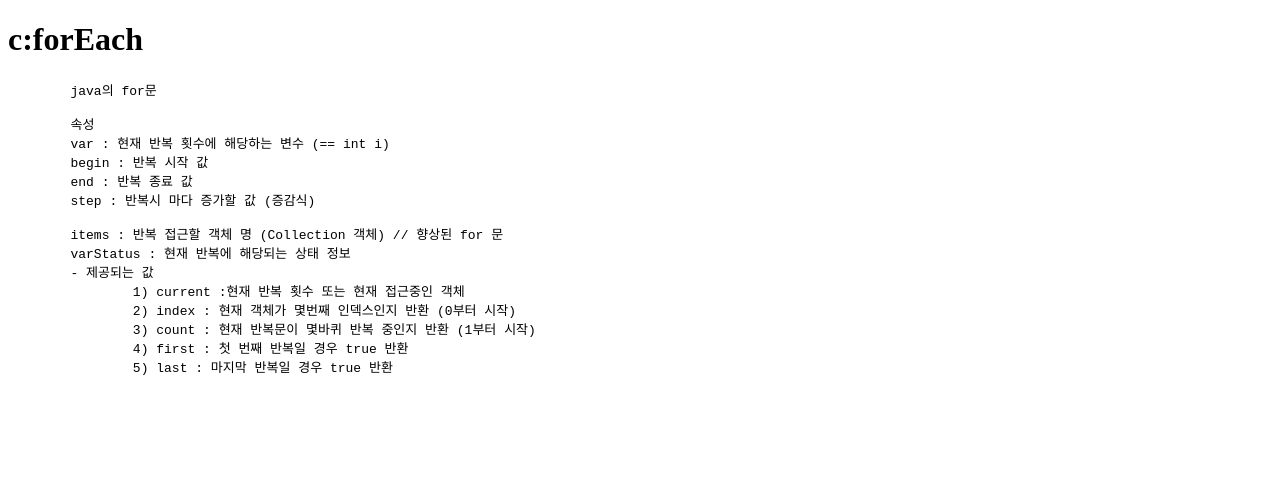
Repository: Seenee-Shin/servlet-jsp
Page: http://localhost/JSPProject/06_JSTL_2.jsp
An editor plug-in stored every save of this project. The page is shown before and after the next save, followed by the edit.
The browser window is 1280 px wide. The pictures show the whole page.
The page is served by Tomcat 9.

Above is the page before, as saved 2021-11-30 02:44:32.

After the next save:
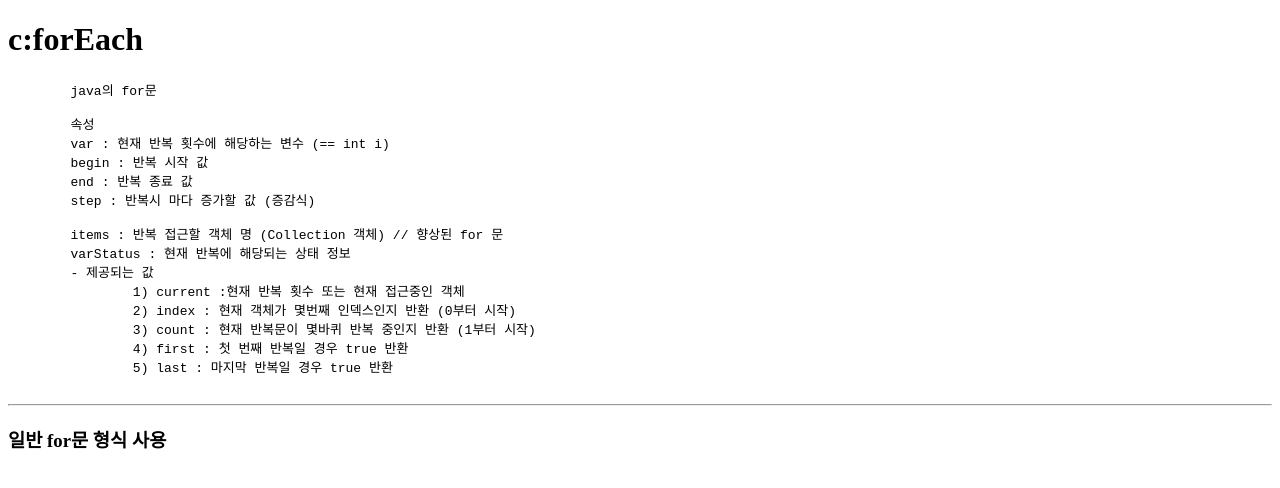
Saved 21 s later.
--- a/JSPProject/src/main/webapp/06_JSTL_2.jsp
+++ b/JSPProject/src/main/webapp/06_JSTL_2.jsp
@@ -28,6 +28,8 @@
 		5) last : 마지막 반복일 경우 true 반환
 	</pre>
 
+	<hr>
+	<h3>일반 for문 형식 사용 </h3>
 
 </body>
 </html>
